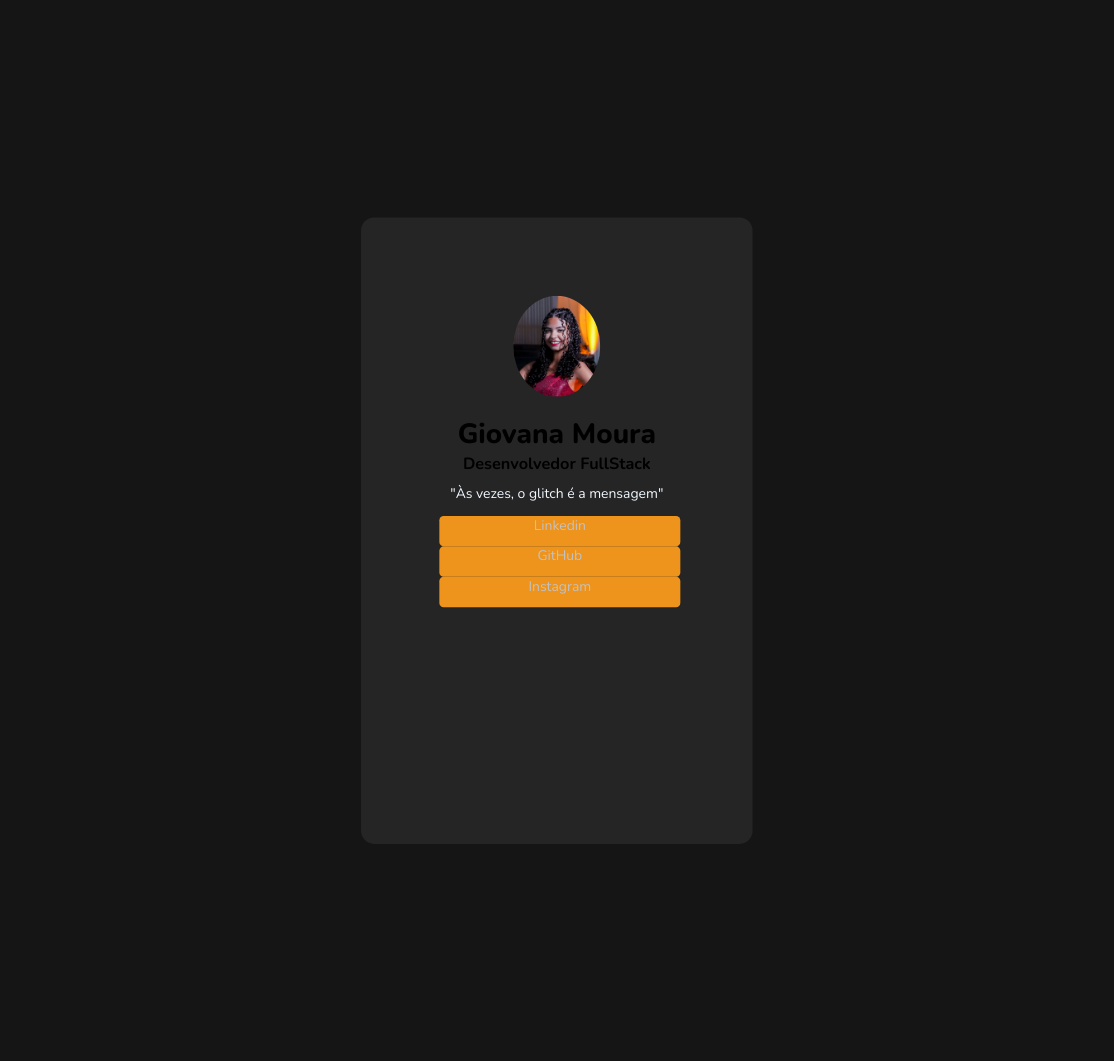
Repository: gimoli/linktree-giovana
Page: index.html
An editor plug-in stored every save of this project. The page is shown before and after the next save, followed by the edit.
The browser window is 1280 px wide. The pictures show the whole page, at 87% of full size.

Above is the page before, as saved 2025-04-11 09:06:19.

### index.html
<!DOCTYPE html>
<html lang="en">
<head>
    <meta charset="UTF-8">
    <meta name="viewport" content="width=device-width, initial-scale=1.0">
    <title>linktree Giovana</title>
    <link rel="stylesheet" href="style.css">
    <link rel="preconnect" href="https://fonts.googleapis.com">
<link rel="preconnect" href="https://fonts.gstatic.com" crossorigin>
<link href="https://fonts.googleapis.com/css2?family=Nunito:ital,wght@0,200..1000;1,200..1000&display=swap" rel="stylesheet">
</head>
<body>
    <div class="container-main">
        <div class="container-imagem">
            <img src="./image-profile.jfif" alt="foto perfil"/>
        </div>
        <div class="container-infos">
            <h1>Giovana Moura</h1>
            <h3>Desenvolvedor FullStack</h3>
        </div>
        <div class="container-easter-egg">
            <p>"Às vezes, o glitch é a mensagem"</p>
        </div>
        <div class="container-social">
            <ul>
                <li>
                    <a href="https://www.linkedin.com/in/giovana-moura-3543032bb/" target="_blank" class="botao-linktree-1">
                        Linkedin
                    </a>
                </li>
                <li>
                    <a href="https://github.com/gimoli" target="_blank" class="botao-linktree-2">
                        GitHub
                    </a>
                </li>
                <li>
                    <a href="https://www.instagram.com/gimoli_n?igsh=cTNvNDJ0M3owb3Vs&utm_source=qr" target="_blank" class="botao-linktree-3">
                        Instagram
                    </a>
                </li>
            </ul>
        </div>
    </div>
</body>
</html>

### style.css
*{
    font-family: "Nunito", sans-serif;
    margin: 0;
    padding: 0;
    box-sizing: border-box;
}

body {
    background-color: rgb(21, 21, 21);
}

.container-main {
    background-color: rgb(37, 37, 37);
    width: 450px;
    height: 720px;
    box-sizing: border-box;
    margin: 250px auto;
    padding: 90px;
    border-radius: 15px;
    text-align: center;
}

.container-imagem img{
    margin: 0 60px;
    width: 100px;
    border-radius: 100%;
}

.container-infos {
    margin-top: 15px;
    margin-bottom: 10px;
}

.container-infos h1 {
    font-weight: 800;
}

.container-infos h2{
  color: #e32363;
    margin-top: 10px;
    margin-bottom: px;
    font-weight: 600;
    font-size: 18px;
}

.container-easter-egg {
    margin-bottom: 15px;
    color: aliceblue;
}

.container-social ul{
    list-style-type: none;
}

.container-social a{
    text-decoration: none;
    color: rgb(194, 194, 194);
}

.container-social li{
  width: 277px;
  height: 35px;
  background-color: rgb(238, 147, 27);
  margin: px 0;
  border-radius: 5px;

}

After the next save:
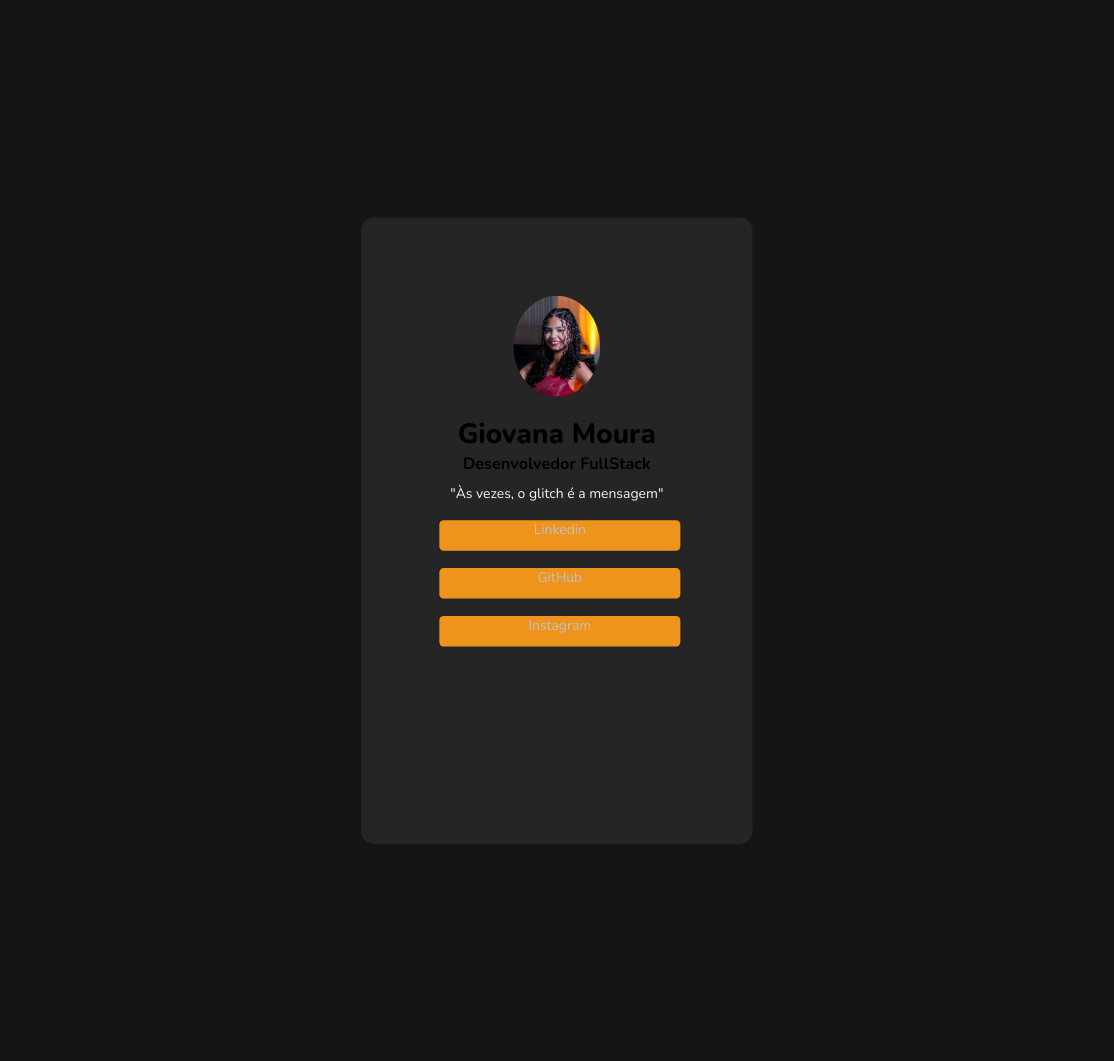
Saved 6 s later.
--- a/style.css
+++ b/style.css
@@ -61,7 +61,7 @@ body {
   width: 277px;
   height: 35px;
   background-color: rgb(238, 147, 27);
-  margin: px 0;
+  margin: 20px 0;
   border-radius: 5px;
 
 }
